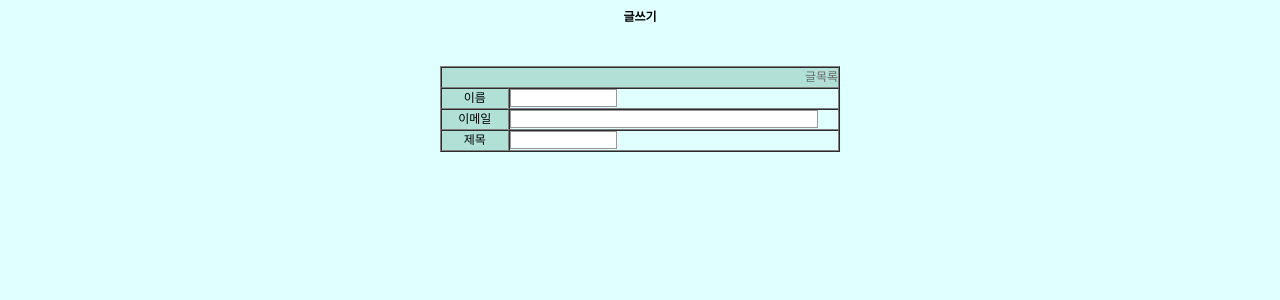
Repository: noopzzya/study_jsp_globalin
Page: http://localhost/ServletProject/boardone/writeform.jsp
These files come from the project's save history. The page is drawn as it stood at one moment and after the next save; the edit follows.
The browser window is 1280 px wide. The pictures show the whole page.
The page is served by Tomcat 9.

Above is the page before, as saved 2023-02-08 01:16:51.

After the next save:
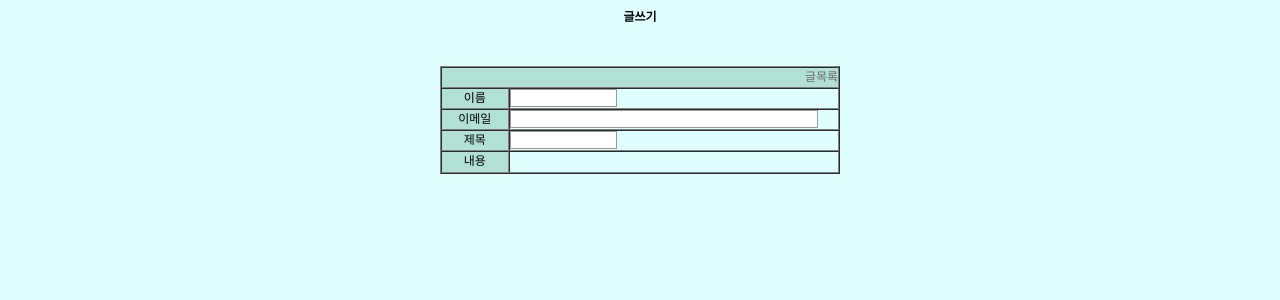
Saved 23 s later.
--- a/ServletProject/src/main/webapp/boardone/writeform.jsp
+++ b/ServletProject/src/main/webapp/boardone/writeform.jsp
@@ -43,6 +43,13 @@
 		</td>
 	</tr>
 
+	<tr>
+		<td width="70" bgcolor="<%=value_c%>" align="center">내용</td>
+		<td width="330">
+
+		</td>
+	</tr>
+
 </table>
 
 </form>
